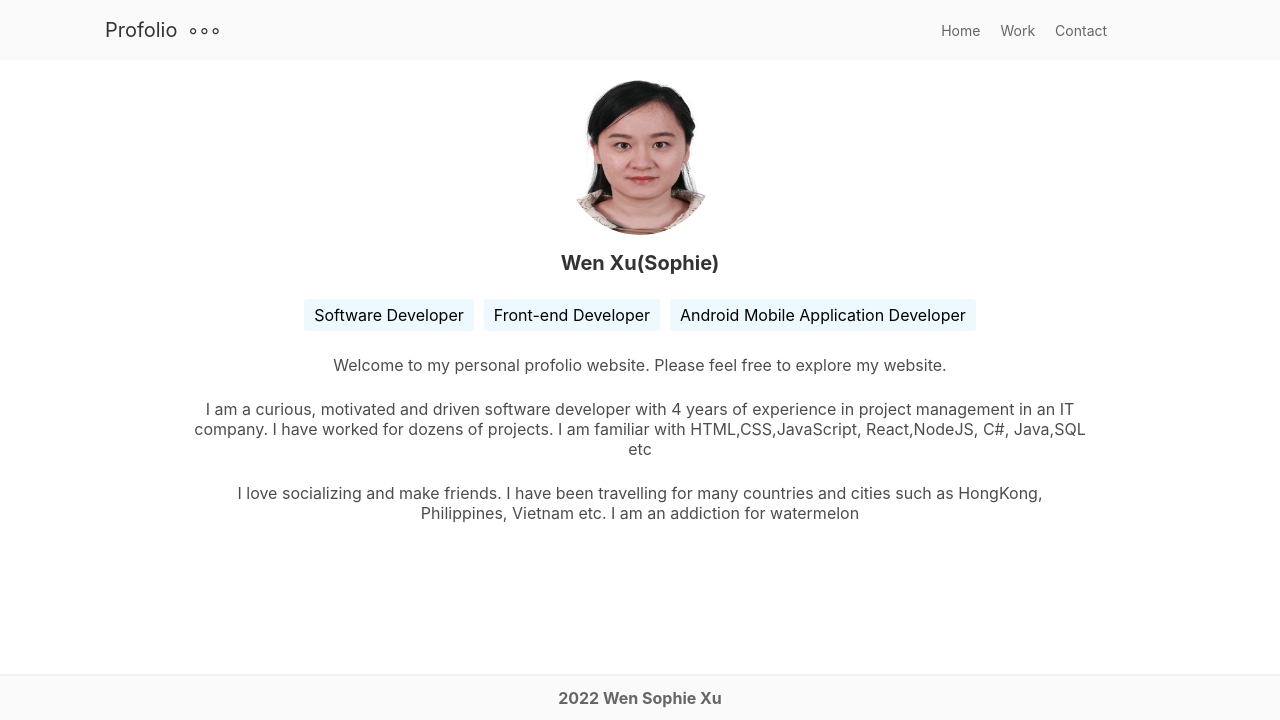
Repository: wenxi0504/myResume_app
Page: /
An editor plug-in stored every save of this project. The page is shown before and after the next save, followed by the edit.
The browser window is 1280 px wide. The pictures show the whole page.
The project was rebuilt for these pictures with package versions that can differ from the ones it lists, and the page was loaded fresh each time. Also part of the build but not shown: src/pages/WorkPage/index.js, src/pages/WorkPageDetail/index.js, src/pages/Contact/index.js.

Above is the page before, as saved 2022-01-03 15:48:44.

After the next save:
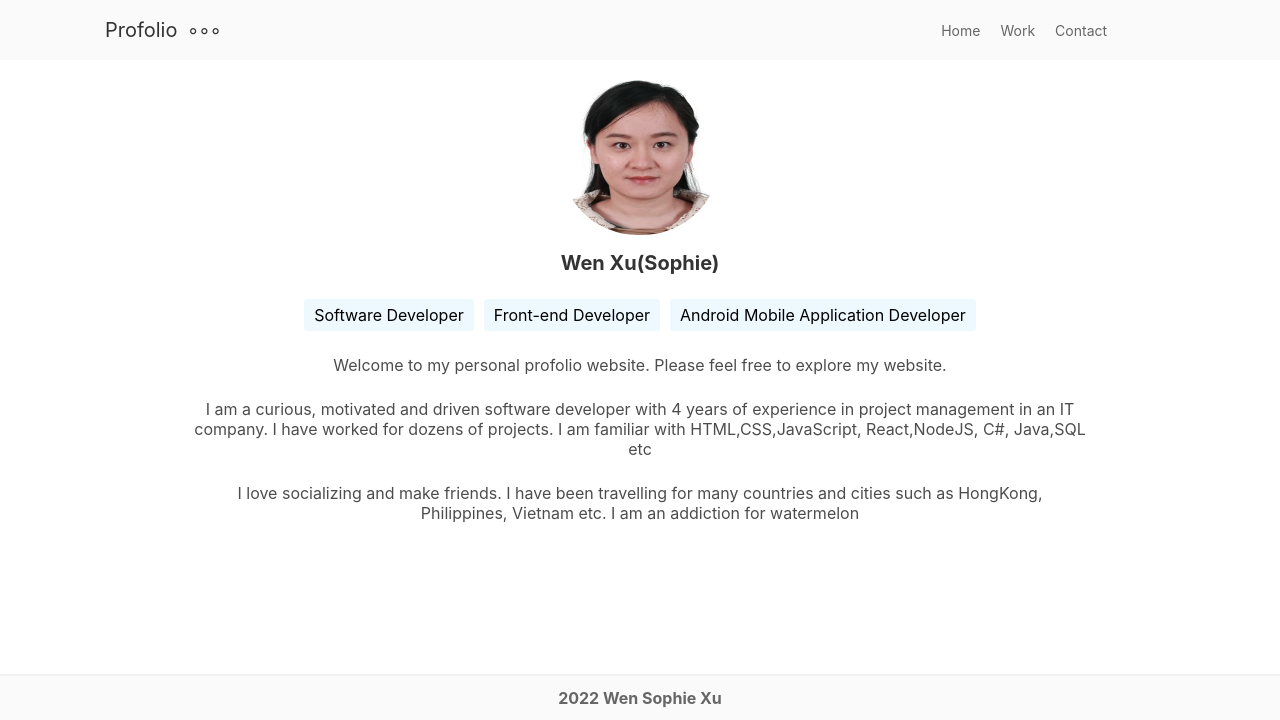
Saved 17 s later.
--- a/src/pages/HomePage/home.module.scss
+++ b/src/pages/HomePage/home.module.scss
@@ -10,7 +10,7 @@
              font-size: 20px;
            }
            img{
-              width: 150px;
+              width: 160px;
               height: 155px;
               border-radius: 120px;
               margin-top: 20px;
